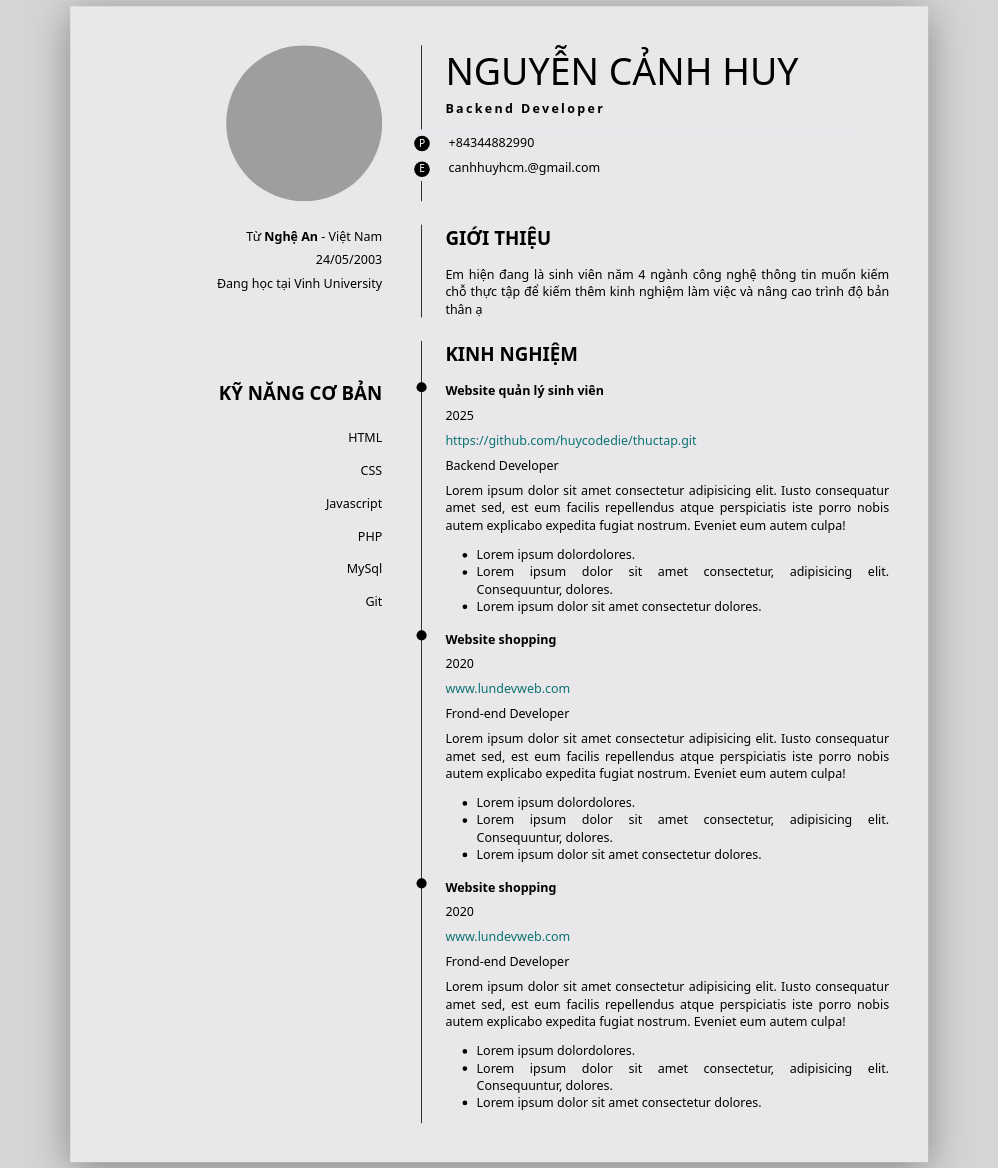
Repository: huycodedie/cv-intern
Page: index.html
An editor plug-in stored every save of this project. The page is shown before and after the next save, followed by the edit.
The browser window is 1280 px wide. The pictures show the whole page, at 78% of full size.
Pictures or frames that could not be fetched are drawn as grey boxes.

Above is the page before, as saved 2025-07-05 23:24:41.

### index.html

    <!DOCTYPE html>
    <html lang="en">
    <head>
        <meta charset="UTF-8">
        <meta http-equiv="X-UA-Compatible" content="IE=edge">
        <meta name="viewport" content="width=device-width, initial-scale=1.0">
        <title>Document</title>
        <link rel="stylesheet" href="style.css">
        <link rel="stylesheet" href="https://cdnjs.cloudflare.com/ajax/libs/font-awesome/6.2.1/css/all.min.css">
    </head>
    <body>
        <div class="container">
           <div class="avatar">
            <img src="https://i.pinimg.com/564x/eb/57/6f/eb576ff023487bcb1fa3ad61ee7b23ee.jpg" alt="">
           </div>
           <div class="name">
                <h1>NGUYỄN CẢNH HUY</h1>
                <div class="specialize"> Backend Developer</div>
                <ul class="contact">
                    <li>
                        <span>P</span> +84344882990
                    </li>
                    <li>
                        <span>E</span> canhhuyhcm.@gmail.com
                    </li>
                </ul>
           </div>
           <div class="info">
                <ul>
                    <li>Từ <b>Nghệ An</b> - Việt Nam</li>
                    <li>24/05/2003</li>
                    <li>Đang học tại Vinh University</li>
                </ul>
           </div>
           <div class="intro">
            <h2>GIỚI THIỆU</h2>
            Em hiện đang là sinh viên năm 4 ngành công nghệ thông tin muốn kiếm chỗ thực tập để kiếm thêm kinh nghiệm làm việc và nâng cao trình độ bản thân ạ
           </div>
           <div class="experience">
                <h2 class="skills">
                    KỸ NĂNG CƠ BẢN
                </h2>
                <ul>
                    <li>HTML</li>
                    <li>CSS</li>
                    <li>Javascript</li>
                    <li>PHP</li>
                    <li>MySql</li>
                    <li>Git</li>
                </ul>

           </div>
           <div class="project">
            <h2>KINH NGHIỆM</h2>
            <div class="item">
                <h4>Website quản lý sinh viên</h4>
                <div class="time">
                    2025
                </div>
                <div class="web">
                    https://github.com/huycodedie/thuctap.git
                </div>
                <div class="location">
                     Backend Developer
                </div>
                <div class="des">
                    Lorem ipsum dolor sit amet consectetur adipisicing elit. Iusto consequatur amet sed, est eum facilis repellendus
                    atque perspiciatis iste porro nobis autem explicabo expedita fugiat nostrum. Eveniet eum autem culpa!
                    <ul>
                        <li>Lorem ipsum dolordolores.</li>
                        <li>Lorem ipsum dolor sit amet consectetur, adipisicing elit. Consequuntur, dolores.</li>
                        <li>Lorem ipsum dolor sit amet consectetur dolores.</li>
                    </ul>
                </div>
            </div>

            <div class="item">
                <h4>Website shopping</h4>
                <div class="time">
                    2020
                </div>
                <div class="web">
                    www.lundevweb.com
                </div>
                <div class="location">
                    Frond-end Developer
                </div>
                <div class="des">
                    Lorem ipsum dolor sit amet consectetur adipisicing elit. Iusto consequatur amet sed, est eum facilis repellendus
                    atque perspiciatis iste porro nobis autem explicabo expedita fugiat nostrum. Eveniet eum autem culpa!
                    <ul>
                        <li>Lorem ipsum dolordolores.</li>
                        <li>Lorem ipsum dolor sit amet consectetur, adipisicing elit. Consequuntur, dolores.</li>
                        <li>Lorem ipsum dolor sit amet consectetur dolores.</li>
                    </ul>
                </div>
            </div>

            <div class="item">
                <h4>Website shopping</h4>
                <div class="time">
                    2020
                </div>
                <div class="web">
                    www.lundevweb.com
                </div>
                <div class="location">
                    Frond-end Developer
                </div>
                <div class="des">
                    Lorem ipsum dolor sit amet consectetur adipisicing elit. Iusto consequatur amet sed, est eum facilis repellendus
                    atque perspiciatis iste porro nobis autem explicabo expedita fugiat nostrum. Eveniet eum autem culpa!
                    <ul>
                        <li>Lorem ipsum dolordolores.</li>
                        <li>Lorem ipsum dolor sit amet consectetur, adipisicing elit. Consequuntur, dolores.</li>
                        <li>Lorem ipsum dolor sit amet consectetur dolores.</li>
                    </ul>
                </div>
            </div>
           </div>
        </div>

    </body>
    </html>

### style.css

    body{
        background-color: #D5D5D5;
        font-family: system-ui;
    }
    .container{
        background-color: #E9E7EA;
        width:1000px;
        max-width: 100%;
        margin:auto;
        padding:50px;
        box-shadow: 0 10px 50px #858585;
        display: grid;
       grid-template-columns: 35% 60%;
       column-gap: 5%;
       row-gap: 30px;
    }

    .avatar img{
        width:200px;
        height:200px;
        object-fit: cover;
        border-radius: 50%;
    }
    .avatar{
        display: flex;
        justify-content: end;
        align-items: center;
    }
    .name{
        padding-left: 30px;
        border-left:1px solid #000;
    }
    .name h1{
        font-weight: 300;
        font-size: xxx-large;
        margin:0px 0 5px ;
    }
    .name .specialize{
        margin:0;
        font-weight: bold;
        letter-spacing: 3px;
    }
    .name .contact{
        padding:0;
        list-style: none;
    }
    .name .contact span{
        display: inline-block;
        background-color: #000;
        width:20px;
        height:20px;
        color:#fff;
        text-align: center;
        border-radius: 50%;
        font-size: small;
        margin-right: 20px;
    }
    .name .contact li{
        padding:5px 0;
        transform: translate(-40px);
        background-color: #E9E7EA;
    }
    .info ul{
        padding: 0;
        margin: 0;
        list-style: none;
        text-align: right;
        line-height: 30px;
    }

    h2{
        padding:0;
        margin: 0 0 20px 0;
    }
    .intro{
        padding-left: 30px;
        border-left: 1px solid #000;
        text-align: justify;
    }
    .experience{
        text-align: right;
    }
    .experience h4{
        margin:20px 0 10px;
    }
    .skills{
        margin-top:  50px;
    }
    .experience ul{
        padding:0;
        margin: 0;
    list-style: none;
    }
    .experience li{
        padding:10px 0;
    }
    .project{
        padding-left: 30px;
        text-align: justify;
        border-left: 1px solid #000;
    }
    .project h4{
        margin:20px 0 10px;
    }
    .project .web{
        color: #0c7373;
        padding:10px 0;
    }
    .project .location{
        font-weight: 500;
        padding-bottom:10px;
    }
    .project .item{
        position: relative;
    }
    .project .item::before{
        position: absolute;
        width:13px;
        height: 13px;
        background-color: #000;
        content: '';
        border-radius: 50%;
        left: -37px;
    }

After the next save:
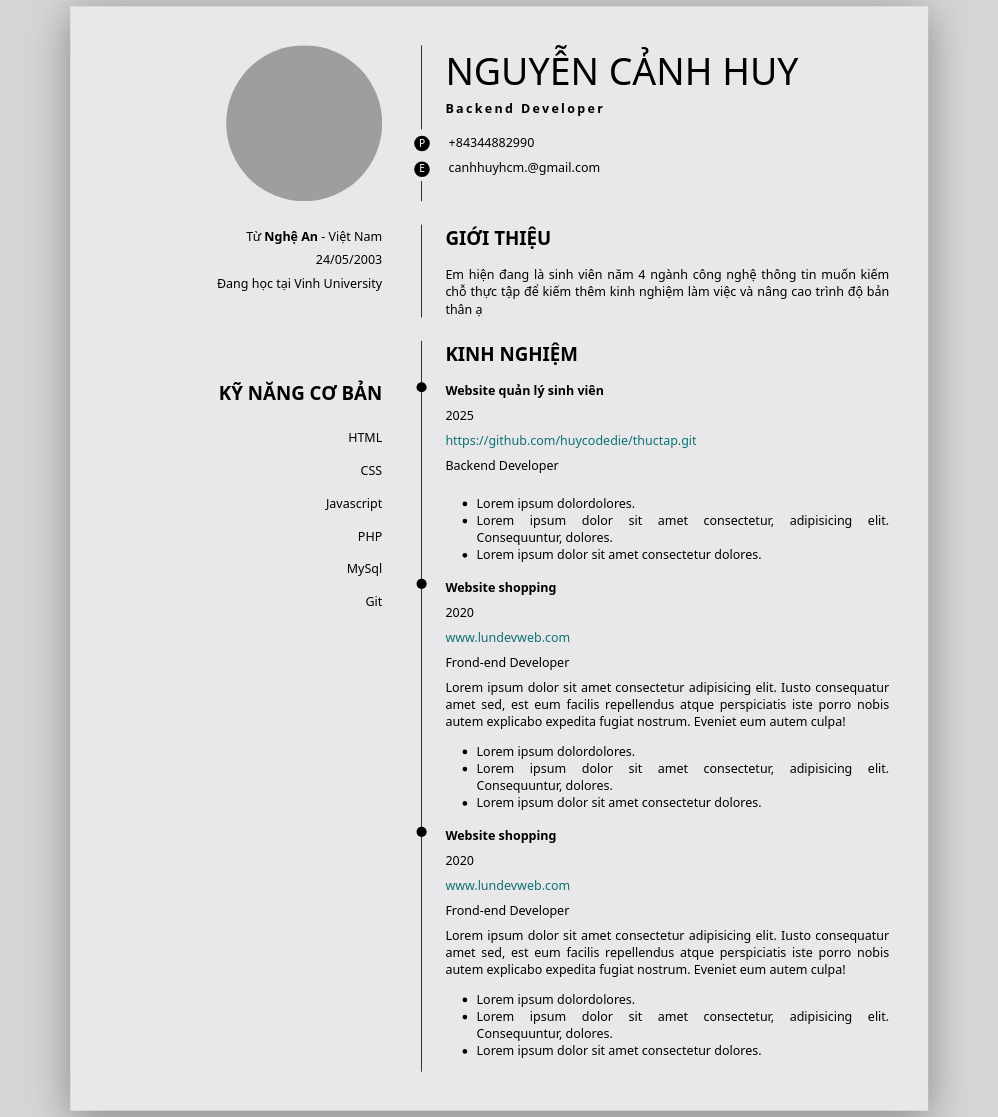
Saved 11 min 5 s later.
--- a/index.html
+++ b/index.html
@@ -65,8 +65,7 @@
                      Backend Developer
                 </div>
                 <div class="des">
-                    Lorem ipsum dolor sit amet consectetur adipisicing elit. Iusto consequatur amet sed, est eum facilis repellendus
-                    atque perspiciatis iste porro nobis autem explicabo expedita fugiat nostrum. Eveniet eum autem culpa!
+
                     <ul>
                         <li>Lorem ipsum dolordolores.</li>
                         <li>Lorem ipsum dolor sit amet consectetur, adipisicing elit. Consequuntur, dolores.</li>
